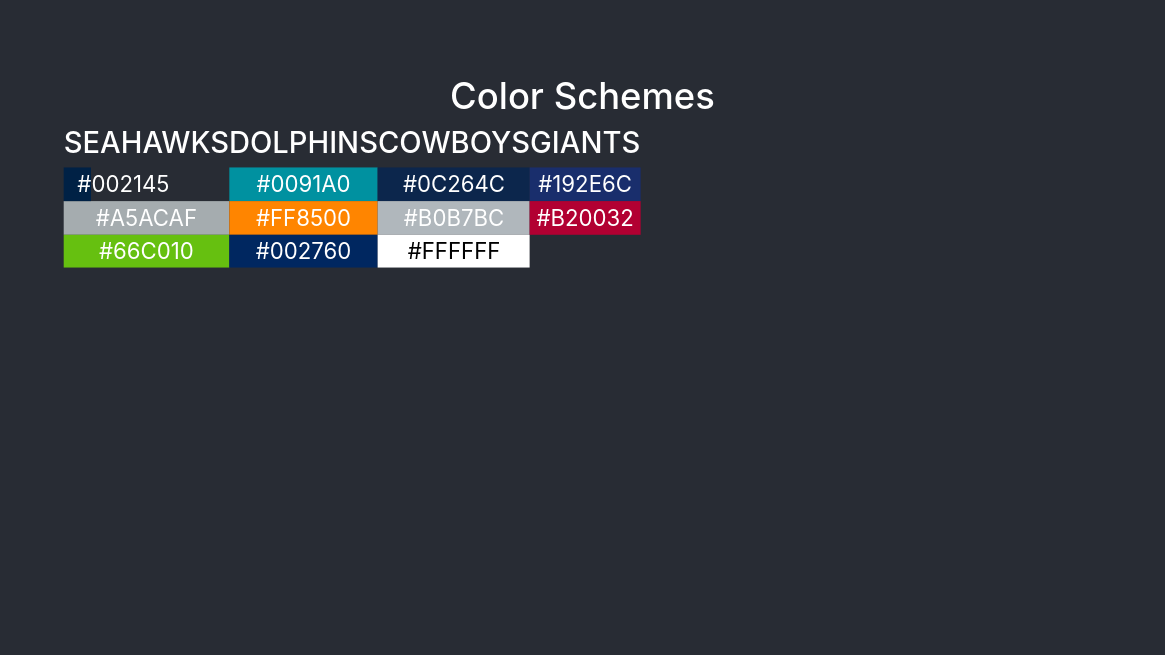
Repository: MikeTroianello/troianello.co
Page: /
The author's editor kept a copy of each file at every save. The page is drawn from the files as they stood at one save, then again after a run of saves.
The browser window is 1280 px wide. The pictures show the whole page, at 91% of full size.
The project was rebuilt for these pictures with package versions that can differ from the ones it lists, and the page was loaded fresh each time.

Above is the page before, as saved 2019-06-24 17:49:09.

After the next 2 saves:
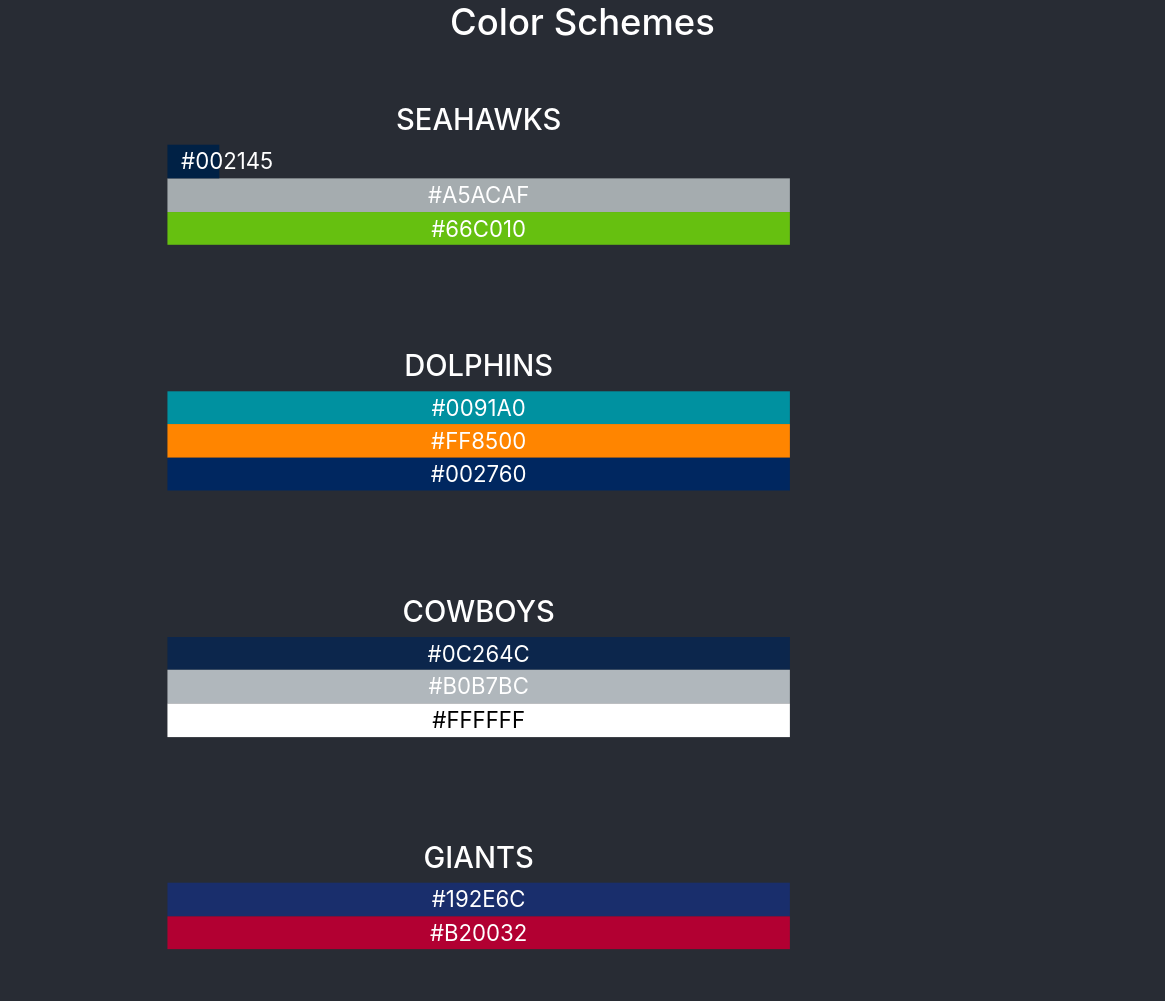
The 2 saves are shown as one change because they came seconds apart.
The last was saved 19 s later.
--- a/src/App.css
+++ b/src/App.css
@@ -32,11 +32,11 @@
   }
 }
 
-/* .teams {
+.teams {
   height: 100%;
   width: 80%;
   padding: 5% 10%;
-} */
+}
 
 /* .teams > div {
   height: 100%;
@@ -44,9 +44,9 @@
   padding: 5% 10%;
 } */
 
-.container {
+/* .container {
   height: 500px;
-}
+} */
 
 .s-blue {
   background-color: #002145;
